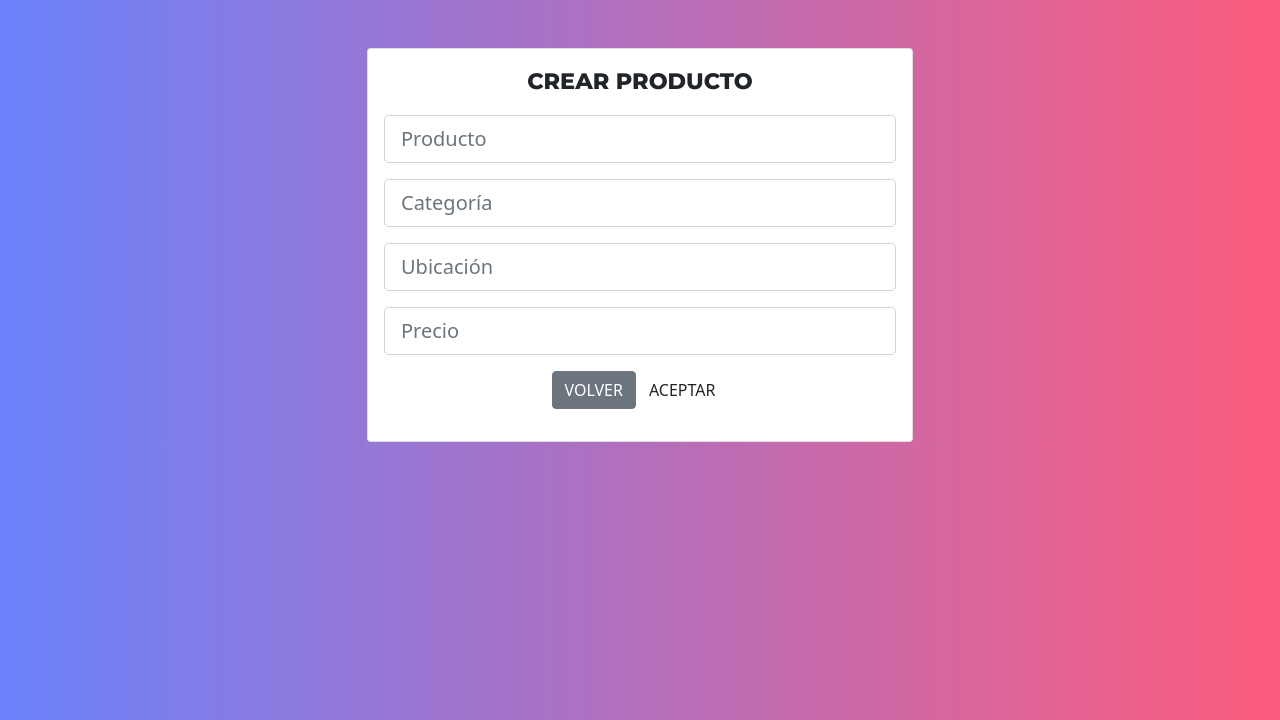
Repository: vivianaleivagalvez/crud_angular
Page: /crear-producto
These files come from the project's save history. The page is drawn as it stood at one moment and after the next save; the edit follows.
The browser window is 1280 px wide. The pictures show the whole page.
The project was rebuilt for these pictures with package versions that can differ from the ones it lists, and the page was loaded fresh each time. Also part of the build but not shown: angular.json, src/app/components/listar-productos/listar-productos.component.ts.

Above is the page before, as saved 2022-01-27 10:01:58.

### src/index.html
<!doctype html>
<html lang="en">
<head>
  <meta charset="utf-8">
  <title>Cliente</title>
  <base href="/">

  <meta name="viewport" content="width=device-width, initial-scale=1">
  <link rel="icon" type="image/x-icon" href="favicon.ico">
  <link rel="stylesheet" href="https://cdnjs.cloudflare.com/ajax/libs/font-awesome/6.0.0-beta3/css/all.min.css">
  <link rel="preconnect" href="https://fonts.googleapis.com">
<link rel="preconnect" href="https://fonts.gstatic.com" crossorigin>
<link href="https://fonts.googleapis.com/css2?family=Montserrat:wght@800&display=swap" rel="stylesheet">
</head>
<body>
  <app-root></app-root>
</body>
</html>

### src/styles.css
/* You can add global styles to this file, and also import other style files */
body{
  background: #FC5C7D;  /* fallback for old browsers */
  background: -webkit-linear-gradient(to right, #6A82FB, #FC5C7D);  /* Chrome 10-25, Safari 5.1-6 */
  background: linear-gradient(to right, #6A82FB, #FC5C7D); /* W3C, IE 10+/ Edge, Firefox 16+, Chrome 26+, Opera 12+, Safari 7+ */
}

.titulo{
  font-size: 1.4rem;
  font-family: 'Montserrat', sans-serif;
}

### src/app/app.module.ts
import { BrowserModule } from '@angular/platform-browser';
import { NgModule } from '@angular/core';

import { AppComponent } from './app.component';
import { CrearProductoComponent } from './components/crear-producto/crear-producto.component';
import { ListarProductosComponent } from './components/listar-productos/listar-productos.component';
import { AppRoutingModule } from './app-routing.module';

@NgModule({
  declarations: [
    AppComponent,
    CrearProductoComponent,
    ListarProductosComponent
  ],
  imports: [
    BrowserModule,
    AppRoutingModule
  ],
  providers: [],
  bootstrap: [AppComponent]
})
export class AppModule { }

### src/app/components/crear-producto/crear-producto.component.ts
import { Component, OnInit } from '@angular/core';

@Component({
  selector: 'app-crear-producto',
  templateUrl: './crear-producto.component.html',
  styleUrls: ['./crear-producto.component.css']
})
export class CrearProductoComponent implements OnInit {

  constructor() { }

  ngOnInit() {
  }

}

### src/app/app-routing.module.ts
import { ListarProductosComponent } from './components/listar-productos/listar-productos.component';
import { CrearProductoComponent } from './components/crear-producto/crear-producto.component';
import { NgModule } from '@angular/core';
import { RouterModule, Routes } from '@angular/router';

const routes: Routes = [
  { path: '', component: ListarProductosComponent },
  { path: 'crear-producto', component: CrearProductoComponent },
  { path: 'editar-producto/:id', component: CrearProductoComponent },
  { path: '**', redirectTo: '', pathMatch: 'full' }
];

@NgModule({
  imports: [RouterModule.forRoot(routes)],
  exports: [RouterModule]
})
export class AppRoutingModule { }

### src/app/components/crear-producto/crear-producto.component.html
<div class="container mt-5">
  <div class="row">
    <div class="col-lg-6 offset-lg-3">
      <div class="card">
        <div class="card-body text-center">
          <span class="titulo">CREAR PRODUCTO</span>
          <form class="mt-3">
            <div class="mb-3">
              <input type="text" class="form-control form-control-lg" placeholder="Producto">
            </div>
            <div class="mb-3">
              <input type="text" class="form-control form-control-lg" placeholder="Categoría">
            </div>
            <div class="mb-3">
              <input type="text" class="form-control form-control-lg" placeholder="Ubicación">
            </div>
            <div class="mb-3">
              <input type="number" class="form-control form-control-lg" placeholder="Precio">
            </div>
            <div class="mb-3">
              <button class="btn btn-secondary">VOLVER</button>
              <button class="btn btn-succes">ACEPTAR</button>
            </div>
          </form>
        </div>
      </div>
    </div>
  </div>
</div>

Loaded but not shown: src/main.ts (common file); src/environments/environment.ts (common file); src/app/app.component.ts (common file); src/app/app.component.html (common file); src/app/app.component.css (no stored copy; drawn as an empty file); src/app/components/crear-producto/crear-producto.component.css (no stored copy; drawn as an empty file)

After the next save:
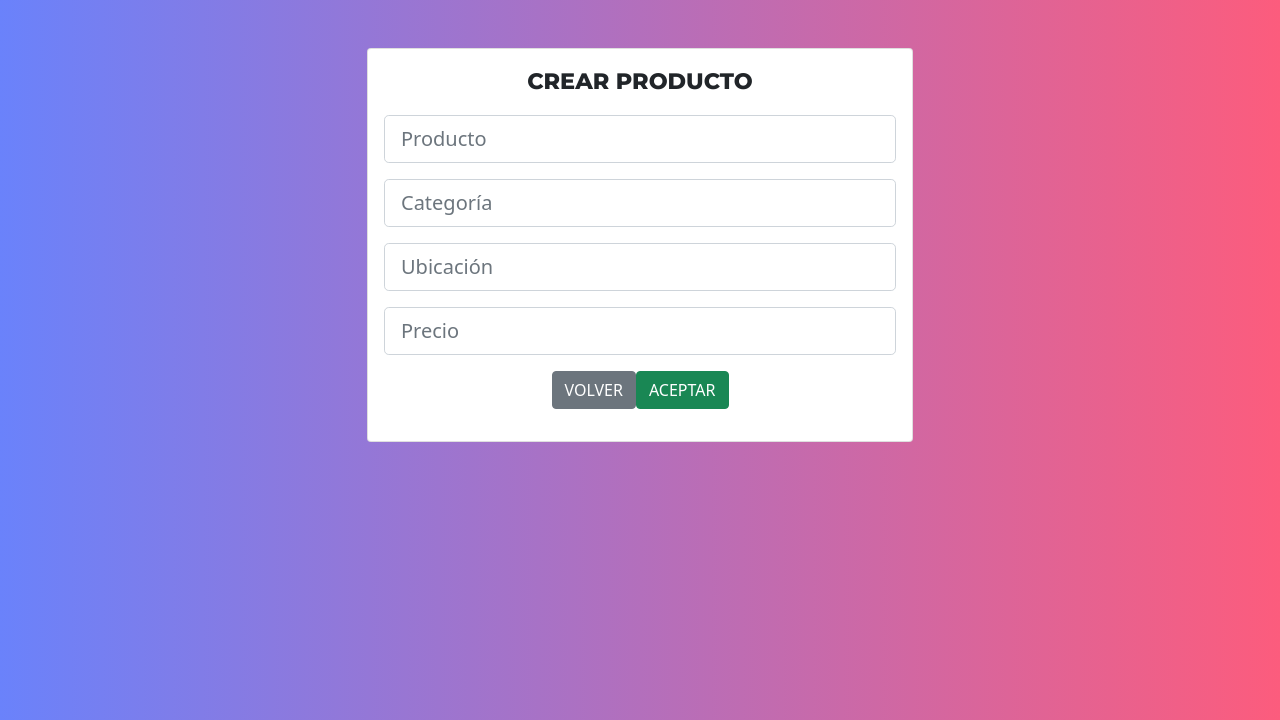
Saved 8 s later.
--- a/src/app/components/crear-producto/crear-producto.component.html
+++ b/src/app/components/crear-producto/crear-producto.component.html
@@ -19,7 +19,7 @@
             </div>
             <div class="mb-3">
               <button class="btn btn-secondary">VOLVER</button>
-              <button class="btn btn-succes">ACEPTAR</button>
+              <button class="btn btn-success">ACEPTAR</button>
             </div>
           </form>
         </div>
